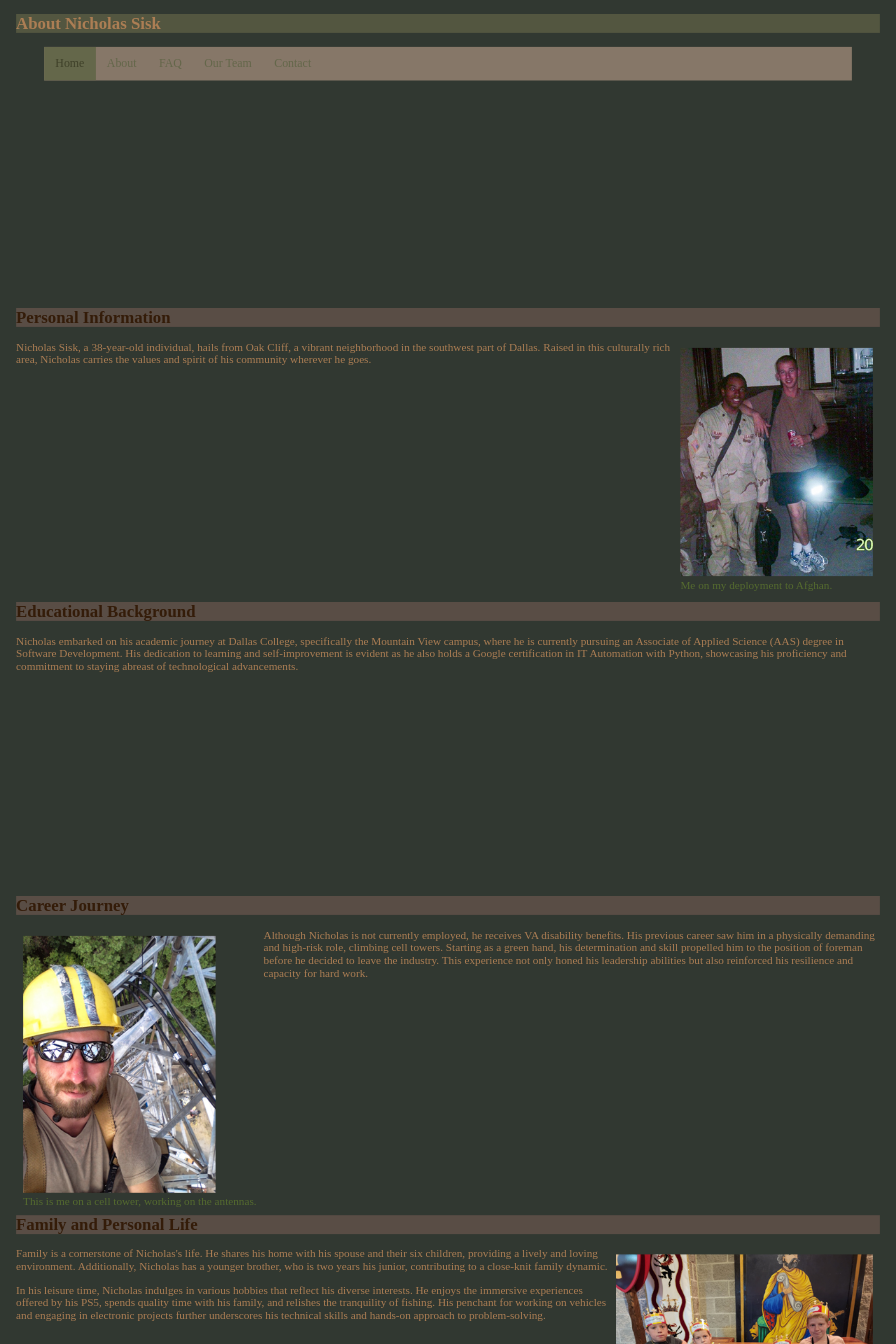
Repository: nsisk1/web-page-project
Page: index.html
These files come from the project's save history. The page is drawn as it stood at one moment and after a run of saves; the edit follows.
The browser window is 1280 px wide. The pictures show the part of the page from y = 0 to 1920 px (the page is 3914 px tall), at 70% of full size.

Above is the page before, as saved 2024-07-31 19:51:17.

### index.html
<!DOCTYPE html>
<html lang="en">
    <head>
        <link rel="stylesheet" href="css/style.css">
        <link rel="stylesheet" href="css/layout.css">
        <meta charset="UTF-8">
        <meta name="viewport" content="width=device-width, initial-scale=1.0">
        <title>About Nicholas Sisk</title>
    </head>
    <body>
        <article class="art">
            <h1>
                About Nicholas Sisk
            </h1>
            <figure>
                <nav class="topnav">
                    <a class="active" href="index.html">Home</a>
                    <a href="about.html">About</a>
                    <a href="faq.html">FAQ</a>
                    <a href="team.html">Our Team</a>
                    <a href="contact-us.html">Contact</a>
                </nav>
            </figure>
        </article>

        <article class="art">
            <h2>Personal Information</h2>
            <figure class="image">
                <a href="images/afghan-lg.jpg">
                    <img src="images/afghan-thumbnail.jpg" alt="Me on the right, and my best friend on the left.">
                    <figcaption>Me on my deployment to Afghan.</figcaption>
                </a>
            </figure>
            <div class="clear"></div>
            <p>
                Nicholas Sisk, a 38-year-old individual, hails from Oak Cliff, a
                vibrant neighborhood in the southwest part
                of Dallas. Raised in this culturally rich area, Nicholas carries
                the values and spirit of his community
                wherever he goes.
            </p>
        </article>
        <div class="clear"></div>
        <article class="art">
            <h2>Educational Background</h2>
            <p>
                Nicholas embarked on his academic journey at Dallas College,
                specifically the Mountain View campus, where he
                is currently pursuing an Associate of Applied Science (AAS)
                degree in Software Development. His dedication
                to learning and self-improvement is evident as he also holds a
                Google certification in IT Automation with
                Python, showcasing his proficiency and commitment to staying
                abreast of technological advancements.
            </p>
        </article>
        <article class="art">
            <h2>Career Journey</h2>
            <figure class="image">
                <a href="images/tower-lg.jpg">
                    <img src="images/tower-thumbnail.jpg" alt="Me on  cell tower">
                    <figcaption>
                        This is me on a cell tower, working on the antennas.
                    </figcaption>
                </a>
            </figure>
            <div class="clear"></div>
            <p>
                Although Nicholas is not currently employed, he receives VA
                disability benefits. His previous career saw him
                in a physically demanding and high-risk role, climbing cell
                towers. Starting as a green hand, his
                determination and skill propelled him to the position of foreman
                before he decided to leave the industry.
                This experience not only honed his leadership abilities but also
                reinforced his resilience and capacity for
                hard work.
            </p>
        </article>
        <article class="art">
            <h2>Family and Personal Life</h2>
            <figure class="image">
                <a href="images/kids-lg.jpg">
                    <img src="images/kids-thumbnail.jpg" alt="kids at Medieval Times">
                    <figcaption> This is the kids getting VIP treatment at Medieval Times.</figcaption>
                </a>
            </figure>
            <p>
                Family is a cornerstone of Nicholas's life. He shares his home
                with his spouse and their six children,
                providing a lively and loving environment. Additionally,
                Nicholas has a younger brother, who is two years
                his junior, contributing to a close-knit family dynamic.
            </p>
            <p>
                In his leisure time, Nicholas indulges in various hobbies that
                reflect his diverse interests. He enjoys the
                immersive experiences offered by his PS5, spends quality time
                with his family, and relishes the tranquility
                of fishing. His penchant for working on vehicles and engaging in
                electronic projects further underscores his
                technical skills and hands-on approach to problem-solving.
            </p>
        </article>
        <article class="art">
            <h2>Achievements</h2>
            <p>
                One of Nicholas's notable achievements is earning the Google
                certification for IT Automation with Python.
                This certification not only validates his technical expertise
                but also aligns with his career aspirations in
                the field of software development.
            </p>
        </article>
        <article class="art">
            <h2>Future Aspirations</h2>
            <figure class="image">
                <a href="images/nofear-lg.jpg">
                    <img src="images/fear-thumbnail.jpg" alt="Fear is the only thing that can stop you">
                    <figcaption>
                        Fear is the only thing that can stop you.
                    </figcaption>
                </a>
            </figure>
            <p>
                Looking ahead, Nicholas is determined to leverage his education
                and skills to secure a position in the
                software development industry. His goal is to apply his
                knowledge and passion for technology to make
                meaningful contributions to the field, ultimately building a
                successful career.
            </p>
        </article>
        <article class="art">
            <h2>Personal Philosophy and Unique Traits</h2>
            <p>
                A defining trait of Nicholas's character is his unwavering
                determination. He embodies the principle of never
                giving up, regardless of the challenges he faces. This
                resilience is complemented by his belief in the power
                of confidence, inspired by Packnett's assertion that confidence
                is the precursor to success in all
                endeavors.
            </p>
            <p>
                Nicholas is also guided by the inspirational words of Jack
                Canfield: "Everything you want is on the other
                side of fear." This quote resonates deeply with him, serving as
                a constant reminder to push through fears
                and obstacles to achieve his dreams.
            </p>
        </article>
        <article class="art">
            <h2>Conclusion</h2>
            <p>
                Nicholas Sisk is a dedicated and resilient individual with a
                rich personal and professional background. His
                journey from Oak Cliff to pursuing a career in software
                development, combined with his family values and
                personal philosophy, paints a picture of a man committed to
                growth, learning, and making a positive impact
                in his field. With his never-give-up attitude and a clear vision
                for the future, Nicholas is poised to
                achieve his goals and inspire those around him.
            </p>
        </article>
        <footer position="absolute">
            <a href="https://www.dallascollege.edu" target="blank">DallasCollegeHomepage</a>
            <a href="contact-us.html" target="blank">
                Contact Us
            </a>
            <a href="mailto:nsisk1@student.dallascollege.edu">Webmaster</a>
        </footer>
    </body>
</html>

### css/style.css
body {
    background-color: #313831;
    color: #ac7e54
}

h1 {
    background-color: #535640;
    color: #ac7e54;
}

h2 {
    background-color: #594d45;
    color: #341c09;


    form {
        width: 250px;
        text-align: center;
    }
}

footer {
    color: blue;

}

a:link {
    color: darkolivegreen;
    background-color: transparent;
    text-decoration: none;
}

a:visited {
    color: #655949;
    background-color: transparent;
    text-decoration: none;
}

a:hover {
    color: #5c5c5b;
    background-color: transparent;
    text-decoration: underline;
}

a:active {
    color: #5c5c5b;
    background-color: transparent;
    text-decoration: underline;
}

### css/layout.css
.topnav {
    background-color: #867768;
    overflow: hidden;
}

.topnav a {
    float: left;
    color: #64674a;
    text-align: center;
    padding: 14px 16px;
    text-decoration: none;
    font-size: 17px;
}

.topnav a:hover {
    background-color: #584240;
    color: black;
}

.topnav a.active {
    background-color: #64674a;
    color: #3f4129;
}

.image {
    box-sizing: content-box;
    padding: 5px;
    margin: 5px;
    float: left;
    height: auto;
    width: auto;
    display: block;
    clear: both;
}

.art {
    box-sizing: border-box;
    height: 400px;
    width: auto;
    margin: 15px;
    clear: both;
}

article:nth-child(even)>figure {
    float: right;
}



.row {
    display: flex;
    flex-direction: row;
    justify-content: flex-start;
    align-items: flex-start;
    align-content: flex-start;
}

.column {
    flex: 0 1 auto;
    width: 250px;
    border: #584240 solid;
    align-self: auto;
}
.column>img {
    width: 240px;
}

.aside {
    display: grid;
}

After the next 2 saves:
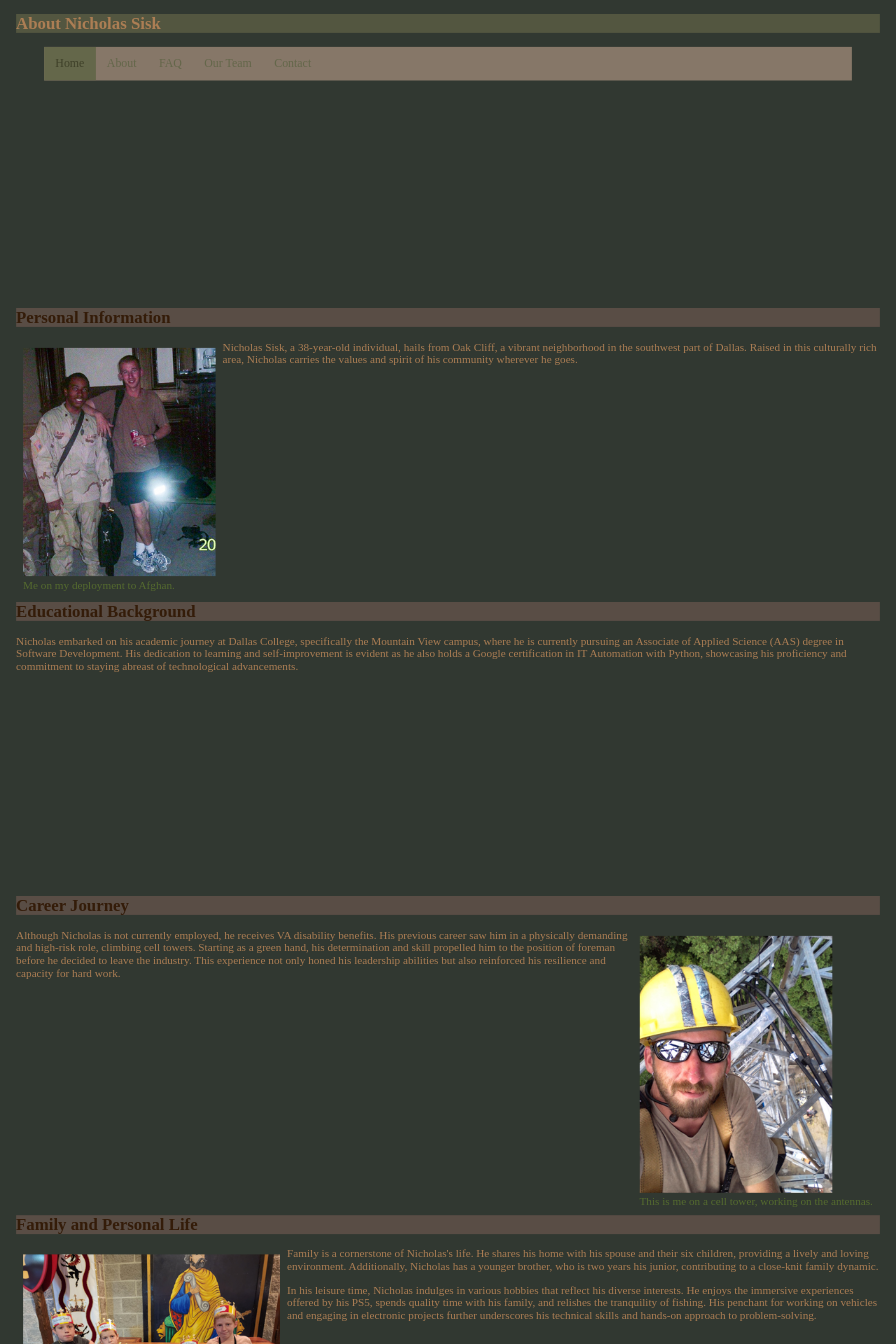
The 2 saves are shown as one change because they came seconds apart.
The last was saved 7 s later.
--- a/index.html
+++ b/index.html
@@ -22,7 +22,7 @@
                 </nav>
             </figure>
         </article>
-
+        <aside></aside>
         <article class="art">
             <h2>Personal Information</h2>
             <figure class="image">
